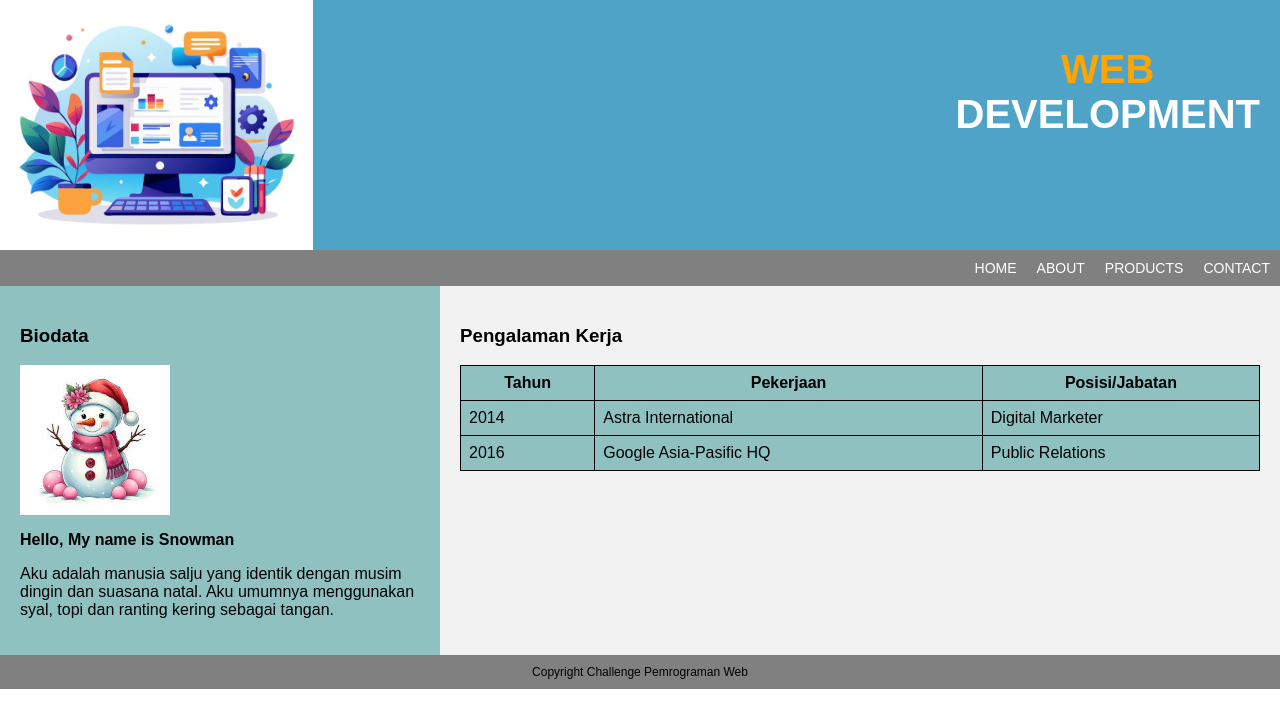
Repository: razitazhr/Pertemuan-6_24.116194
Page: Pertemuan 5/Challenge 5.html
These files come from the project's save history. The page is drawn as it stood at one moment and after the next save; the edit follows.
The browser window is 1280 px wide. The pictures show the whole page.

Above is the page before, as saved 2026-05-03 22:27:44.

After the next save:
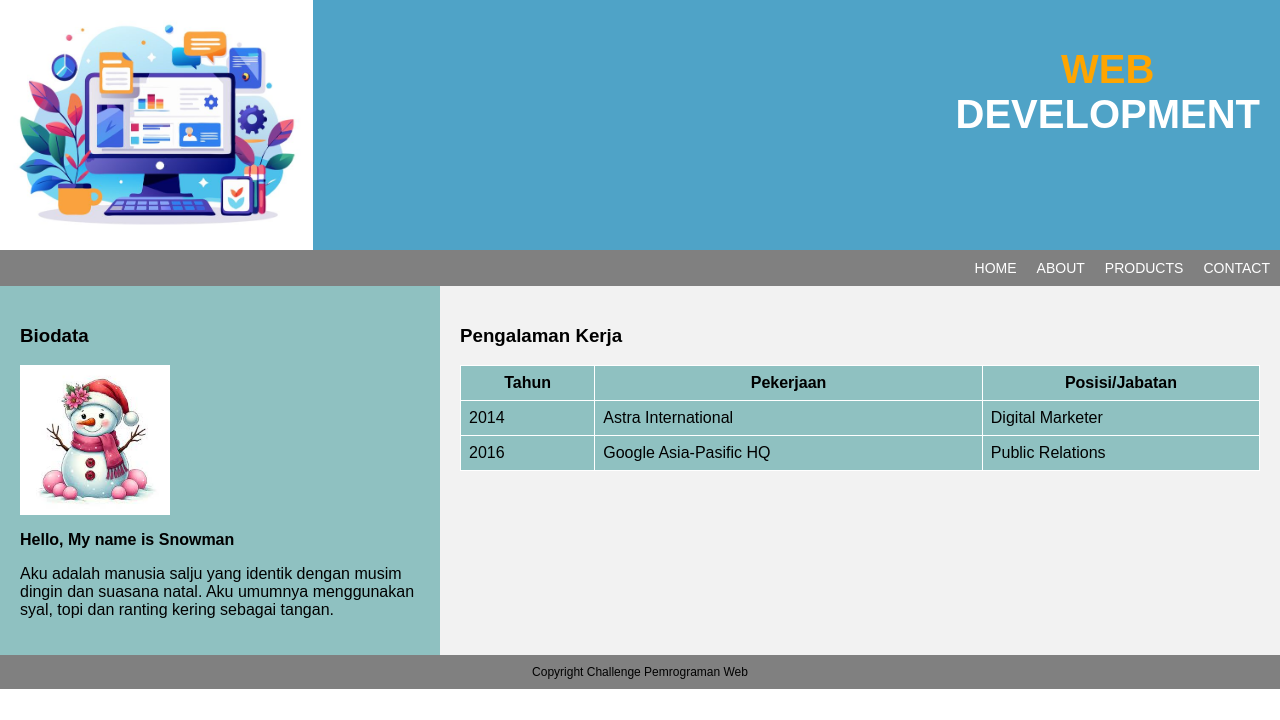
Saved 22 s later.
--- a/Pertemuan 5/Style.CSS
+++ b/Pertemuan 5/Style.CSS
@@ -71,7 +71,7 @@ table {
     background-color: #8fc1c1
 }
 th, td {
-    border: 1px solid black;
+    border: 1px solid white;
     padding: 8px;
     color: black;
 }
